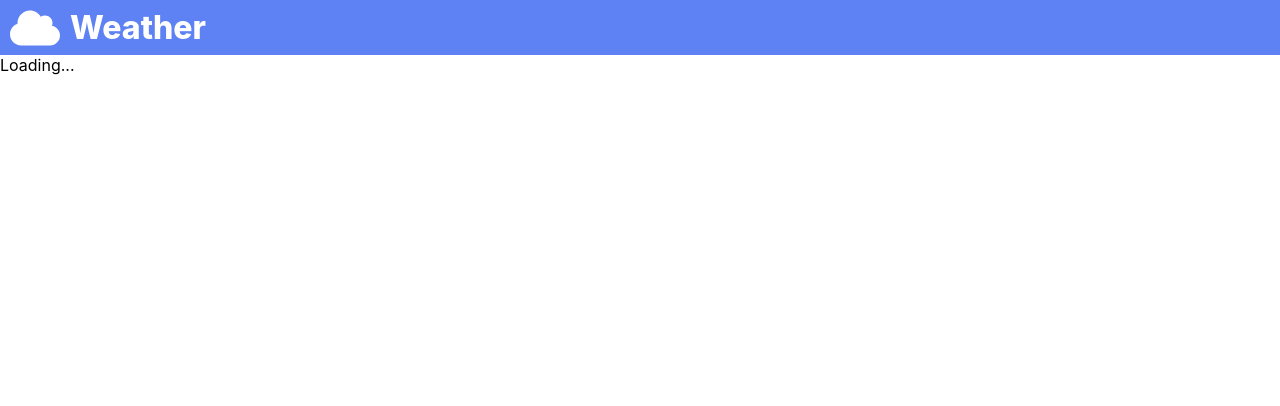
Repository: ahmedazawi/weather-app
Page: /
The author's editor kept a copy of each file at every save. The page is drawn from the files as they stood at one save, then again after the next save.
The browser window is 1280 px wide. The pictures show the whole page.
The page's requests for data from a server got no answer. The project was rebuilt for these pictures with package versions that can differ from the ones it lists, and the page was loaded fresh each time. No one was signed in, and anything a server would have sent is missing. Also part of the build but not shown: src/components/Map.js.

Above is the page before, as saved 2022-11-30 14:58:22.

### src/App.js
import React, { useState, useEffect } from "react";
import "./App.css";
import Header from "./layout/Header";
import Details from "./components/Details";

import Store from "./assets/data/Store";
function App() {
  return (
    <div className="App">
      <Header />
      <Store>
        <Details />
      </Store>
    </div>
  );
}

export default App;

### src/App.css
body {
  --primaryColor: #5e82f4;
  --borderRadius: 25px;
}

.nav {
  display: flex;
  align-items: center;
  height: 55px;
  background-color: var(--primaryColor);
}

### src/layout/Header.js
import React from "react";
import { FontAwesomeIcon } from "@fortawesome/react-fontawesome";
import { faCloud } from "@fortawesome/free-solid-svg-icons";
const Header = () => {
  return (
    <div className="nav">
      <div>
        <FontAwesomeIcon
          className="f-icon"
          icon={faCloud}
          color="White"
          style={{ marginLeft: "10px", fontSize: "40px" }}
        />
      </div>

      <h1 style={{ color: "white", marginLeft: "10px", fontWeight: "800" }}>
        Weather
      </h1>
    </div>
  );
};

export default Header;

### src/components/Details.js
import React, { useContext, useEffect } from "react";
import "../assets/css/details.css";
import { ContextApi } from "../assets/data/ContextApi";
import Map from "./Map";

const Details = () => {
  const { weather, Loading } = useContext(ContextApi);
  const [weatherValue, setWeatherValue] = weather;
  const [LoadingValue, setLoadingValue] = Loading;

  useEffect(() => {
    // console.log(weatherValue);
    // console.log(LoadingValue);
    // console.log(LocatedValue);
    // console.log(weatherValue.weather[0].main);
  }, [weatherValue]);

  if (LoadingValue) {
    return <div className="main">Loading...</div>;
  }

  return (
    <div className="main">
      <div className="big-cards">
        <div>
          <div>{weatherValue.location.city}</div>
          <div
            style={{
              fontSize: "60px",
            }}
          >
            {weatherValue.current_observation.condition.temperature}
            <sup>o</sup>C
          </div>
          <div>{weatherValue.current_observation.condition.text}</div>
        </div>
        <div>
          <div className="line-a">
            <span>Felt Temp.</span>
            <span>Humidity</span>
            <span>Wind</span>
            <span>Visibility</span>
            <span>Max Temp.</span>
            <span>Min Temp.</span>
          </div>
          <div className="line-b">
            <span>
              {weatherValue.current_observation.condition.temperature - 0.7}
              <sup>o</sup>C
            </span>
            <span>{weatherValue.current_observation.atmosphere.humidity}%</span>
            <span> {weatherValue.current_observation.wind.speed} Km/h</span>
            <span>
              {weatherValue.current_observation.atmosphere.visibility} Km
            </span>
            <span>
              {weatherValue.forecasts[0].high}
              <sup>o</sup>C
            </span>
            <span>
              {weatherValue.forecasts[0].low}
              <sup>o</sup>C
            </span>
          </div>
        </div>
        <div>
          <Map city={weatherValue.location.city} />
        </div>
      </div>
    </div>
  );
};

export default Details;

### src/assets/data/Store.js
import React, { useState, useEffect } from "react";
import { ContextApi } from "./ContextApi";
import { weatherAppAPI } from "./Api";
import axios from "axios";
function Store({ children }) {
  const [weather, setWeather] = useState([]);
  const [Loading, setLoading] = useState(true);
  const [lat, setLat] = useState();
  const [long, setLong] = useState();
  const [located, setLocated] = useState(false);
  const geolocationAPI = navigator.geolocation;
  const getUserCoordinates = () => {
    if (!geolocationAPI) {
      console.log("Geolocation API is not available in your browser!");
    } else {
      geolocationAPI.getCurrentPosition(
        (position) => {
          const { coords } = position;
          setLat(coords.latitude);
          setLong(coords.longitude);
          setLocated(true);
        },
        (error) => {
          console.log("Something went wrong getting your position!");
        }
      );
    }
  };

  useEffect(() => {
    getUserCoordinates();
    if (located) {
      const options = {
        method: "GET",
        url: weatherAppAPI,
        params: { lat: lat, long: long, format: "json", u: "c" },
        headers: {
          "X-RapidAPI-Key":
            "863b7c6b72msh78facda9cbf0e03p10660djsn19089c27c69a",
          "X-RapidAPI-Host": "yahoo-weather5.p.rapidapi.com",
        },
      };

      axios
        .request(options)
        .then(function (response) {
          setWeather(response.data);
          setLoading(false);
          console.log(response.data);
        })
        .catch(function (error) {
          console.error(error);
        });
    }
  }, [located]);

  return (
    <ContextApi.Provider
      value={{
        weather: [weather, setWeather],
        Loading: [Loading, setLoading],
      }}
    >
      {children}
    </ContextApi.Provider>
  );
}
export default Store;

### src/assets/css/details.css
.main {
  width: 100%;
  display: flex;
  flex-direction: column;
}

.big-cards {
  width: 100%;
  min-height: fit-content;
  display: flex;
  flex-direction: row;
  flex-wrap: wrap;
  gap: 20px;
  align-items: center;
  justify-content: center;
  margin-top: 30px;
  color: var(--primaryColor);
}
.big-cards > div {
  width: 300px;
  height: 250px;
  background-color: white;
  padding: 10px;
  border-radius: var(--borderRadius);
  box-shadow: 0 4px 8px 0 rgba(0, 0, 0, 0.2), 0 6px 20px 0 rgba(0, 0, 0, 0.19);
}
.big-cards > div:first-child {
  display: flex;
  flex-direction: column;
  align-items: center;
  justify-content: space-between;
}
.big-cards > div:first-child > div {
  font-size: 30px;
  font-weight: bold;
  margin: 7px 0;
}
.big-cards > div:nth-child(2) {
  display: flex;
  flex-direction: row;
  justify-content: space-between;
}
.big-cards > div:nth-child(2) > div {
  display: flex;
  flex-direction: column;
  align-items: center;
  justify-content: center;
  width: 50%;
}
.big-cards > div:nth-child(2) > div > span {
  margin: 10px 0;
}

.line-b {
  color: white;
  background-color: var(--primaryColor);
  border-radius: var(--borderRadius);
}

.big-cards > div:nth-child(3) {
  height: 270px;
  max-width: 340px;
  padding: 0;
  display: flex;
  align-items: center;
  justify-content: center;
  overflow: hidden;
}
.map {
  border: none;
}

### src/assets/data/ContextApi.js
import { createContext } from "react";
export const ContextApi = createContext();

### src/assets/data/Api.js
export const weatherAppAPI = "https://fcc-weather-api.glitch.me/api/current";

export const googleMapAPI = "AIzaSyAq15HbfCRMW7RqNb5LUNyOLyfzpYI0wl4";

//https://pokeapi.co/api/v2/pokemon/4

//https://fcc-weather-api.glitch.me/api/current?lat=462&lon=41

//https://api.open-meteo.com/v1/forecast?latitude=${lat}&longitude=${long}&daily=temperature_2m_max,temperature_2m_min,rain_sum,windspeed_10m_max,windgusts_10m_max&timezone=auto

//https://yahoo-weather5.p.rapidapi.com/weather

Loaded but not shown: public/index.html (common file); src/index.js (common file); src/index.css (common file)

After the next save:
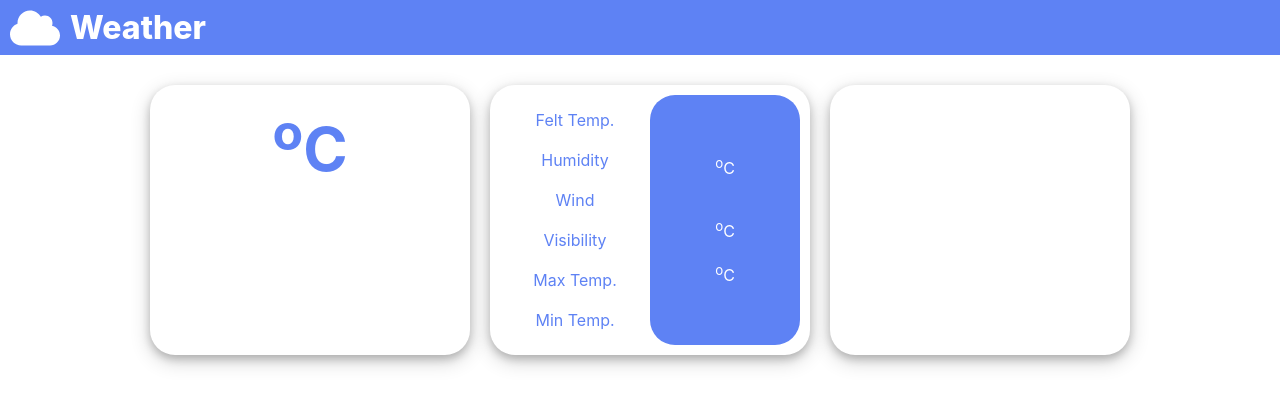
Saved 53 s later.
--- a/src/components/Details.js
+++ b/src/components/Details.js
@@ -4,35 +4,35 @@ import { ContextApi } from "../assets/data/ContextApi";
 import Map from "./Map";
 
 const Details = () => {
-  const { weather, Loading } = useContext(ContextApi);
-  const [weatherValue, setWeatherValue] = weather;
-  const [LoadingValue, setLoadingValue] = Loading;
+  // const { weather, Loading } = useContext(ContextApi);
+  // const [weatherValue, setWeatherValue] = weather;
+  // const [LoadingValue, setLoadingValue] = Loading;
 
-  useEffect(() => {
-    // console.log(weatherValue);
-    // console.log(LoadingValue);
-    // console.log(LocatedValue);
-    // console.log(weatherValue.weather[0].main);
-  }, [weatherValue]);
+  // useEffect(() => {
+  // console.log(weatherValue);
+  // console.log(LoadingValue);
+  // console.log(LocatedValue);
+  // console.log(weatherValue.weather[0].main);
+  // }, [weatherValue]);
 
-  if (LoadingValue) {
-    return <div className="main">Loading...</div>;
-  }
+  // if (LoadingValue) {
+  //   return <div className="main">Loading...</div>;
+  // }
 
   return (
     <div className="main">
       <div className="big-cards">
         <div>
-          <div>{weatherValue.location.city}</div>
+          {/* <div>{weatherValue.location.city}</div> */}
           <div
             style={{
               fontSize: "60px",
             }}
           >
-            {weatherValue.current_observation.condition.temperature}
+            {/* {weatherValue.current_observation.condition.temperature} */}
             <sup>o</sup>C
           </div>
-          <div>{weatherValue.current_observation.condition.text}</div>
+          {/* <div>{weatherValue.current_observation.condition.text}</div> */}
         </div>
         <div>
           <div className="line-a">
@@ -45,27 +45,25 @@ const Details = () => {
           </div>
           <div className="line-b">
             <span>
-              {weatherValue.current_observation.condition.temperature - 0.7}
+              {/* {weatherValue.current_observation.condition.temperature - 0.7} */}
               <sup>o</sup>C
             </span>
-            <span>{weatherValue.current_observation.atmosphere.humidity}%</span>
-            <span> {weatherValue.current_observation.wind.speed} Km/h</span>
+            {/* <span>{weatherValue.current_observation.atmosphere.humidity}%</span> */}
+            {/* <span> {weatherValue.current_observation.wind.speed} Km/h</span> */}
             <span>
-              {weatherValue.current_observation.atmosphere.visibility} Km
+              {/* {weatherValue.current_observation.atmosphere.visibility} Km */}
             </span>
             <span>
-              {weatherValue.forecasts[0].high}
+              {/* {weatherValue.forecasts[0].high} */}
               <sup>o</sup>C
             </span>
             <span>
-              {weatherValue.forecasts[0].low}
+              {/* {weatherValue.forecasts[0].low} */}
               <sup>o</sup>C
             </span>
           </div>
         </div>
-        <div>
-          <Map city={weatherValue.location.city} />
-        </div>
+        <div>{/* <Map city={weatherValue.location.city} /> */}</div>
       </div>
     </div>
   );
